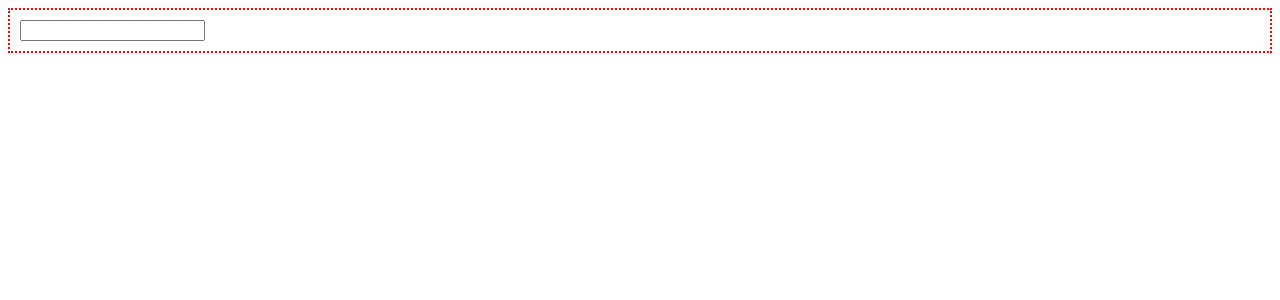
Repository: LavriaNeptune/vue-playground
Page: reusability/custom-directives/composables.html
An editor plug-in stored every save of this project. The page is shown before and after a run of saves, followed by the edit.
The browser window is 1280 px wide. The pictures show the whole page.

Above is the page before, as saved 2022-08-25 00:43:20.

### reusability/custom-directives/composables.html
<!DOCTYPE html>
<html lang="en">
  <head>
    <meta charset="UTF-8" />
    <title>Vue</title>
    <script src="https://unpkg.com/vue@3"></script>
    <style>
      div {
        border: 2px dotted red;
        padding: 10px;
      }
    </style>
  </head>
  <body>
    <div id="app"></div>
    <script type="module">
      import MyComponent from './MyComponent.js';

      const { createApp } = Vue;
      const app = createApp({

        template: `<MyComponent></MyComponent>`,
      });
      app.component('MyComponent', MyComponent);

      app.mount('#app');
    </script>
  </body>
</html>

### reusability/custom-directives/MyComponent.js
export default {
  data() {
    return {};
  },
  setup() {
    const focus = {
      mounted: (el) => el.focus(),
    };
  },
  directives: {
    focus,
  },

  template: ` <input v-focus /> `,
};

After the next 2 saves:
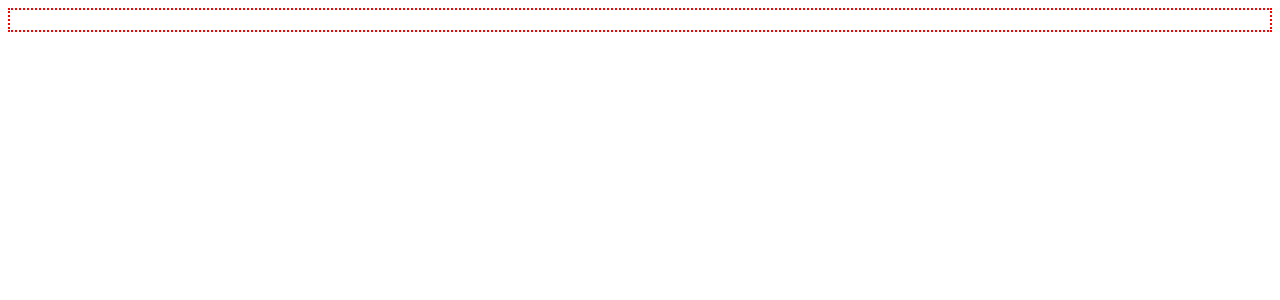
Console error: ReferenceError: retr is not defined
The 2 saves are shown as one change because they came seconds apart.
The last was saved 2 min 41 s later.
--- a/reusability/custom-directives/MyComponent.js
+++ b/reusability/custom-directives/MyComponent.js
@@ -6,6 +6,7 @@
     const focus = {
       mounted: (el) => el.focus(),
     };
+    retr
   },
   directives: {
     focus,

After the 6 saves that followed:
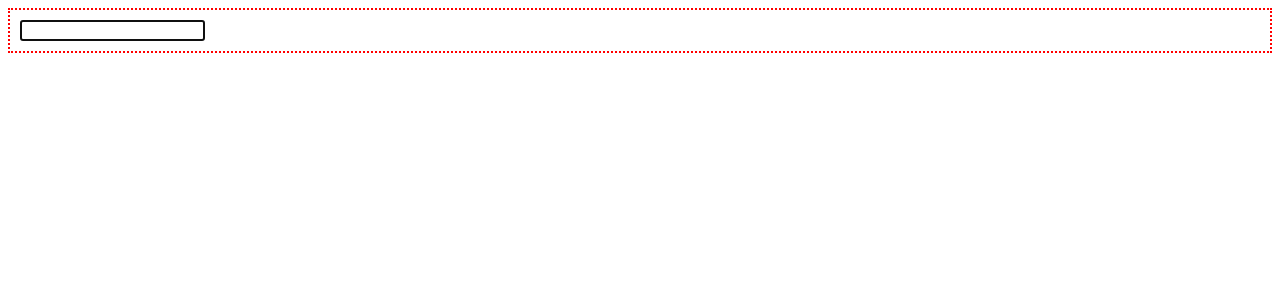
The error is gone.
The 6 saves are shown as one change because 2 left the picture as it was and some came seconds apart.
The last was saved 80 s later.
--- a/reusability/custom-directives/MyComponent.js
+++ b/reusability/custom-directives/MyComponent.js
@@ -6,10 +6,12 @@
     const focus = {
       mounted: (el) => el.focus(),
     };
-    retr
+    return focus;
   },
   directives: {
-    focus,
+    focus: {
+      mounted: (el) => el.focus(),
+    },
   },
 
   template: ` <input v-focus /> `,
